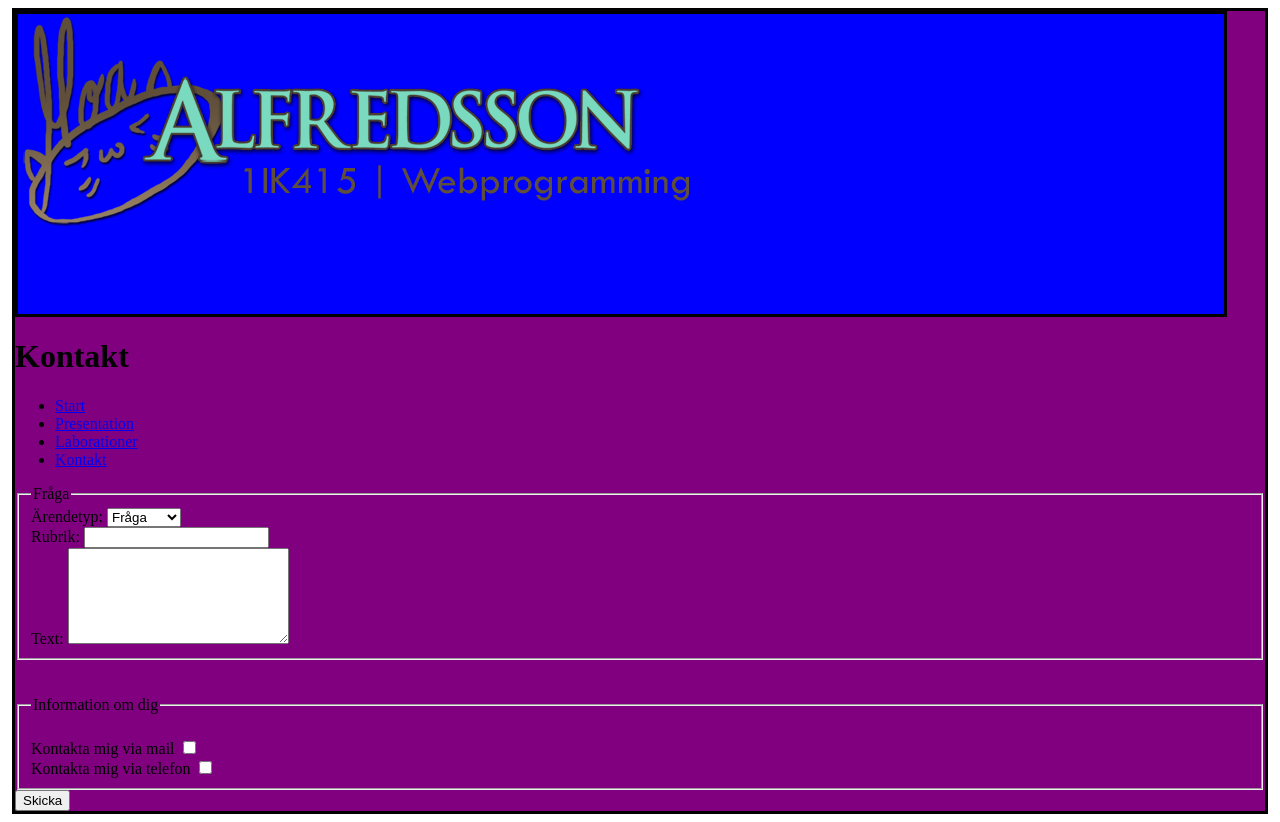
Repository: ma223md/1ik415
Page: Pages/kontakt.html
The author's editor kept a record of every edit. The page is drawn from the files as they stood at one moment, then again after the next edit.
The browser window is 1280 px wide. The pictures show the whole page.

Above is the page before.

After the next edit:
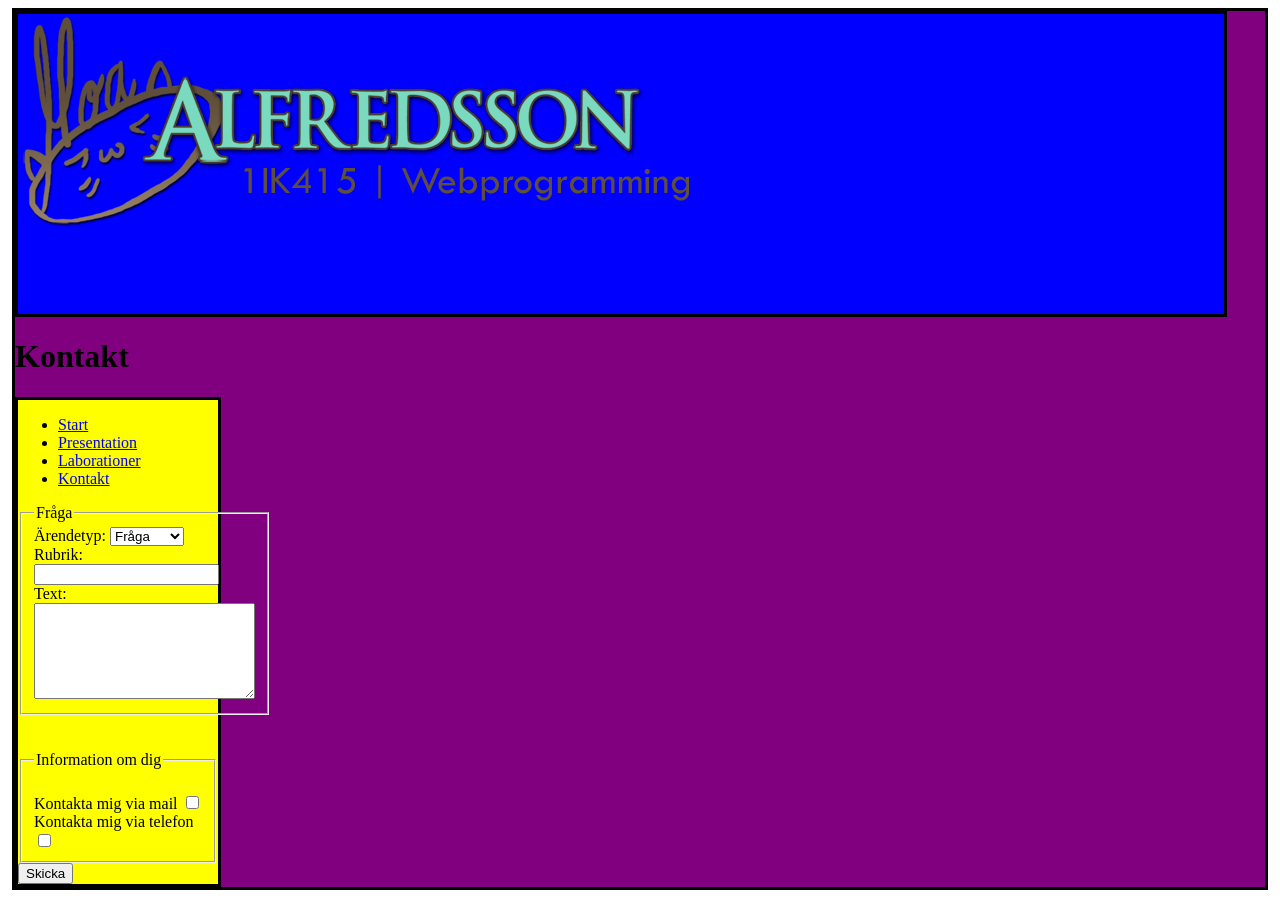
The edit:
--- a/Pages/kontakt.html
+++ b/Pages/kontakt.html
@@ -12,6 +12,7 @@
                 <img src="Pictures/logga2.png" alt="logga">
             </div>
             <h1>Kontakt</h1>
+            <div id="navigation">
             <ul>
             <li><a href="../Index.html">Start</a></li>
             <li><a href="../Pages/presentation.html">Presentation</a></li>
